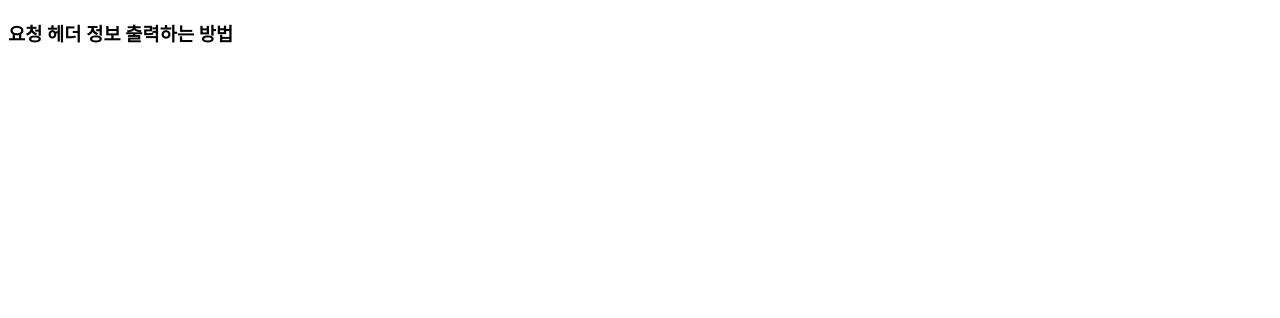
Repository: kimjaewoo2233/JSP_Summary
Page: http://localhost/lec_test/02ImplicitObject/RequestHeader.jsp
An editor plug-in stored every save of this project. The page is shown before and after the next save, followed by the edit.
The browser window is 1280 px wide. The pictures show the whole page.
The page is served by Tomcat 9. Other server files are loaded and not shown.

Above is the page before, as saved 2022-03-03 07:30:20.

### lec_test/src/main/webapp/02ImplicitObject/RequestHeader.jsp
<%@ page language="java" contentType="text/html; charset=EUC-KR"
    pageEncoding="EUC-KR"%>
<%@ page import="java.util.Enumeration" %>

<!DOCTYPE html>
<html>
<head>
<meta charset="EUC-KR">
<title>Insert title here</title>
</head>
<body>
	<h3>요청 헤더 정보 출력하는 방법</h3>
	<%
		Enumeration headers = request.getHeaderNames();


	%>
</body>
</html>

After the next save:
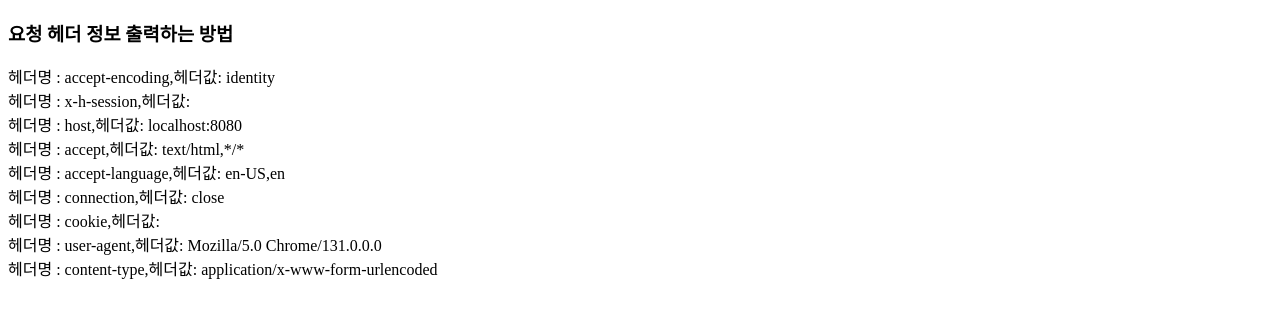
Saved 111 s later.
--- a/lec_test/src/main/webapp/02ImplicitObject/RequestHeader.jsp
+++ b/lec_test/src/main/webapp/02ImplicitObject/RequestHeader.jsp
@@ -12,7 +12,11 @@
 	<h3>요청 헤더 정보 출력하는 방법</h3>
 	<%
 		Enumeration headers = request.getHeaderNames();
-
+		while(headers.hasMoreElements()){
+			String headerName = (String)headers.nextElement();
+			String headerValue = request.getHeader(headerName);
+			out.print("헤더명 : "+headerName+",헤더값: "+headerValue+"<br/>");
+		}
 
 	%>
 </body>
